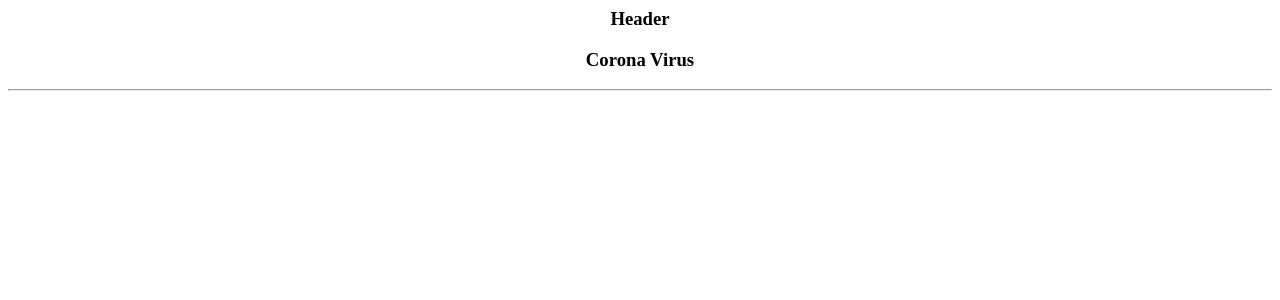
Repository: ZubaerAhmed/2-Corona-virus-eclipse-workspace
Page: CoronaVirus/WebContent/Corona/header.html
An editor plug-in stored every save of this project. The page is shown before and after the next save, followed by the edit.
The browser window is 1280 px wide. The pictures show the whole page.

Above is the page before, as saved 2020-04-01 20:48:53.

After the next save:
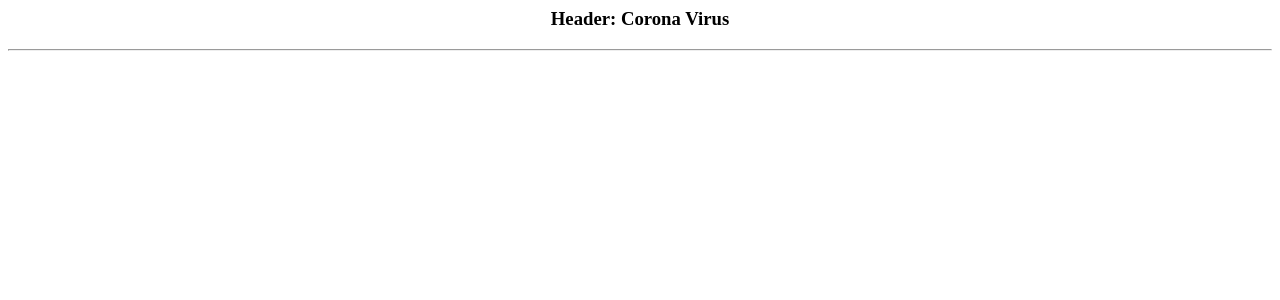
Saved 64 s later.
--- a/CoronaVirus/WebContent/Corona/header.html
+++ b/CoronaVirus/WebContent/Corona/header.html
@@ -1,4 +1,3 @@
 
-<h3 align="center"> Header</h3>
-<h3 align="center"> Corona Virus</h3>
+<h3 align="center"> Header: Corona Virus</h3>
 <hr>
